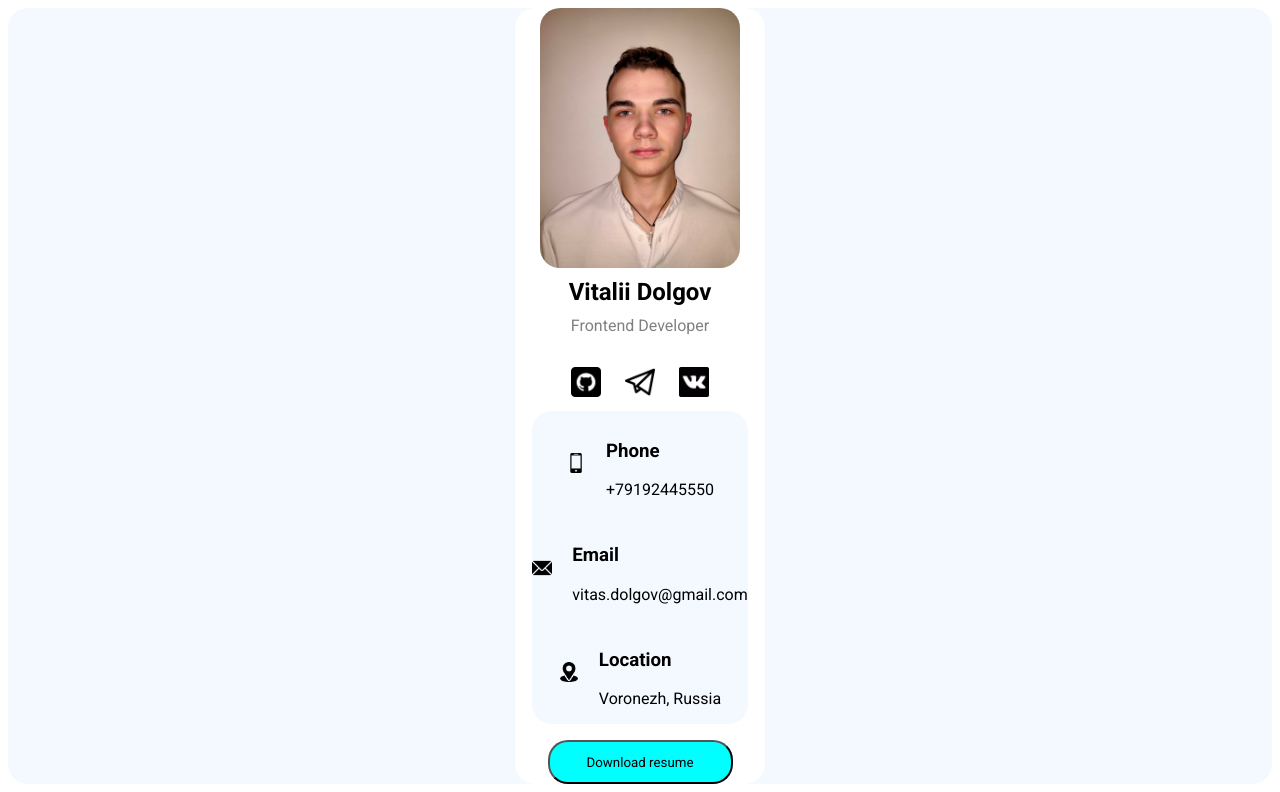
Repository: VitasYo/User_card
Page: src/index.html
These files come from the project's save history. The page is drawn as it stood at one moment and after the next save; the edit follows.
The browser window is 1280 px wide. The pictures show the whole page.

Above is the page before, as saved 2024-04-09 20:10:59.

After the next save:
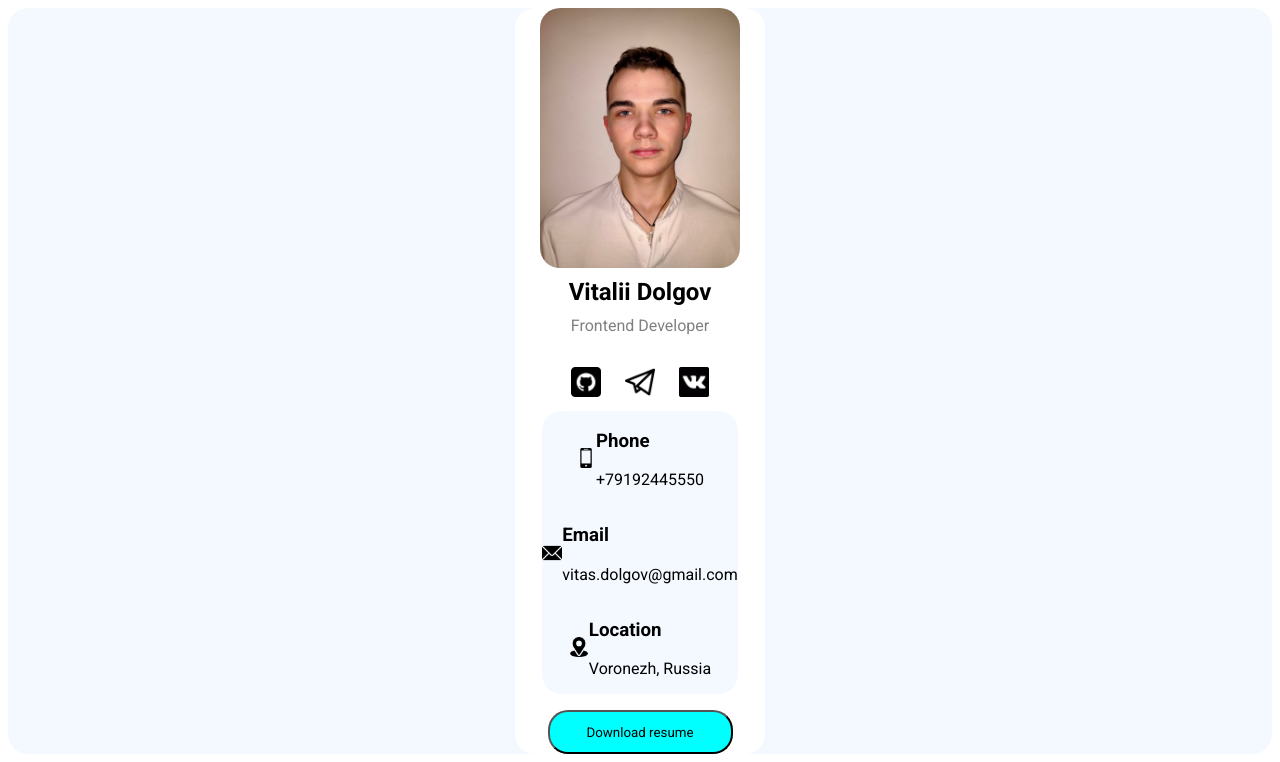
Saved 2 min 22 s later.
--- a/assets/css/index.css
+++ b/assets/css/index.css
@@ -69,8 +69,6 @@
 
 .card_info {
   font-size: 16px;
-  padding-top: 10px;
-  padding-left: 20px;
 }
 
 .button {
